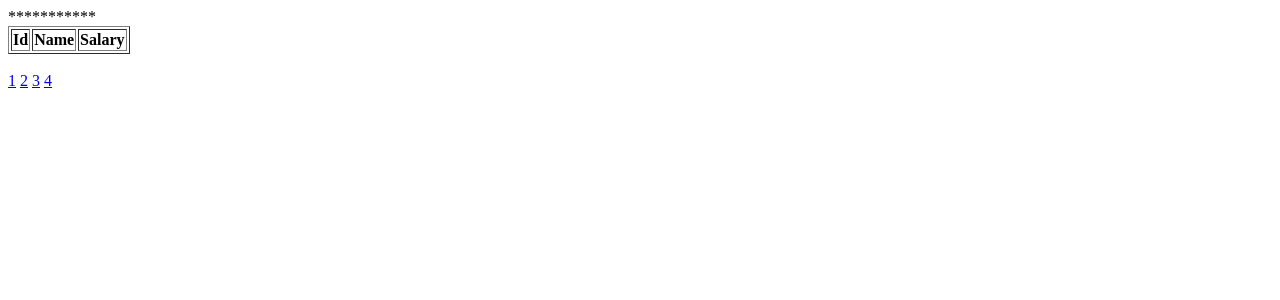
Repository: LSLParvathi/WebApplications
Page: http://localhost/Pagination/Resourses/jsp/first.jsp
The author's editor kept a copy of each file at every save. The page is drawn from the files as they stood at one save, then again after the next save.
The browser window is 1280 px wide. The pictures show the whole page.
The page is served by Tomcat 9. Other server files are loaded and not shown. Queries for data that is not in the repository find no rows.

Above is the page before, as saved 2020-02-15 09:23:39.

### Pagination/WebContent/Resourses/jsp/first.jsp
<%@ page import="java.sql.*" %>
<%@ page language="java" contentType="text/html; charset=UTF-8"
    pageEncoding="UTF-8"%>
<!DOCTYPE html>
<html>
<head>
<meta charset="UTF-8">
<title>Insert title here</title>
</head>
<body>
    <table border="1">

    <tr>
    <th>Id</th>
    <th>Name</th>
    <th>Salary</th>
    </tr>
    <%

    String url = "jdbc:mysql://localhost:3306/users";
    String u = "root";
    String p = "12";
    String sql = "select * from employee";

	try {
		  out.print("***********");
		 Class.forName("com.mysql.jdbc.Driver");
	     Connection con = DriverManager.getConnection(url,u,p);
	     PreparedStatement ps = con.prepareStatement(sql);
		 ResultSet rs = ps.executeQuery(sql);
	     while(rs.next())
	     {
	    	  out.print("***********");
	     %>

	     <tr>
             <td>hai</td>
             <td>hai</td>
             <td>hai</td>
         </tr>

	     <%  }
	}
	catch (ClassNotFoundException | SQLException e) {
			e.printStackTrace();
	}

    %>


    </table>
    <br>
    <a href="first.jsp">1</a>
    <a href="second.jsp">2</a>
    <a href="second.jsp">3</a>
    <a href="second.jsp">4</a>
</body>
</html>

After the next save:
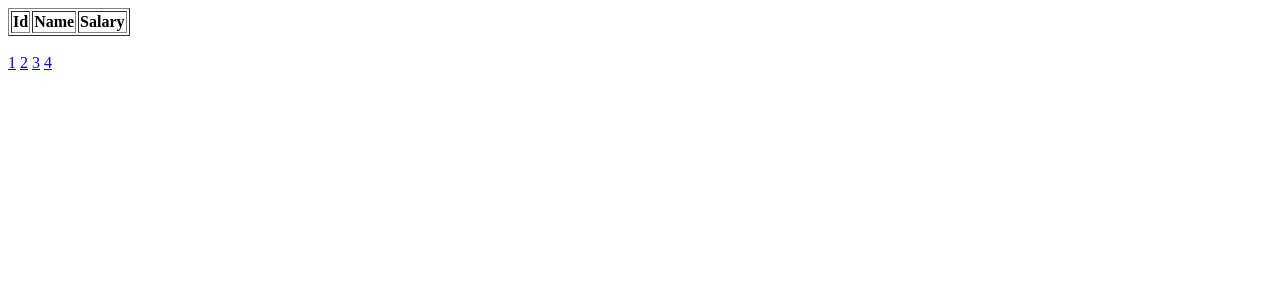
Saved 5 s later.
--- a/Pagination/WebContent/Resourses/jsp/first.jsp
+++ b/Pagination/WebContent/Resourses/jsp/first.jsp
@@ -23,7 +23,7 @@
     String sql = "select * from employee";
 
 	try {
-		  out.print("***********");
+
 		 Class.forName("com.mysql.jdbc.Driver");
 	     Connection con = DriverManager.getConnection(url,u,p);
 	     PreparedStatement ps = con.prepareStatement(sql);

After the 3 saves that followed:
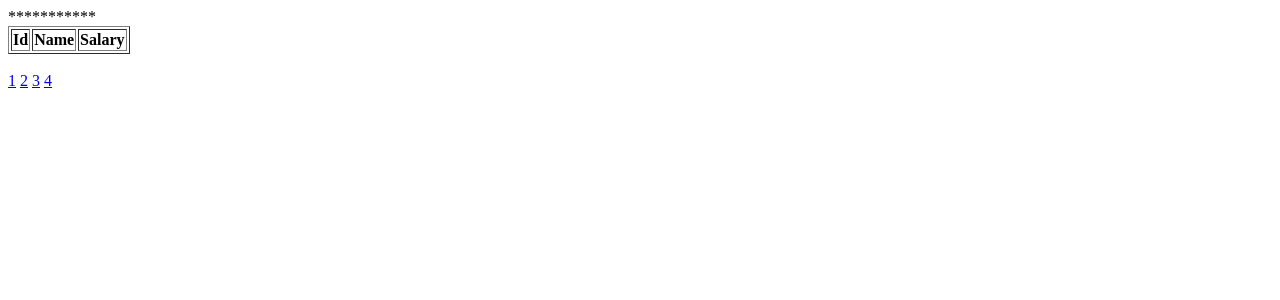
The 3 saves are shown as one change because 2 left the picture as it was.
The last was saved 2 min 52 s later.
--- a/Pagination/WebContent/Resourses/jsp/first.jsp
+++ b/Pagination/WebContent/Resourses/jsp/first.jsp
@@ -20,23 +20,23 @@
     String url = "jdbc:mysql://localhost:3306/users";
     String u = "root";
     String p = "12";
-    String sql = "select * from employee";
+    String sql = "select * from employee limit 0,5";
 
 	try {
-
+		  out.print("***********");
 		 Class.forName("com.mysql.jdbc.Driver");
 	     Connection con = DriverManager.getConnection(url,u,p);
 	     PreparedStatement ps = con.prepareStatement(sql);
-		 ResultSet rs = ps.executeQuery(sql);
+		  ResultSet rs = ps.executeQuery(sql);
 	     while(rs.next())
 	     {
 	    	  out.print("***********");
 	     %>
 
 	     <tr>
-             <td>hai</td>
-             <td>hai</td>
-             <td>hai</td>
+             <td><%= rs.getString("id") %></td>
+             <td><%= rs.getString("name") %></td>
+             <td><%= rs.getString("salary") %></td>
          </tr>
 
 	     <%  }
